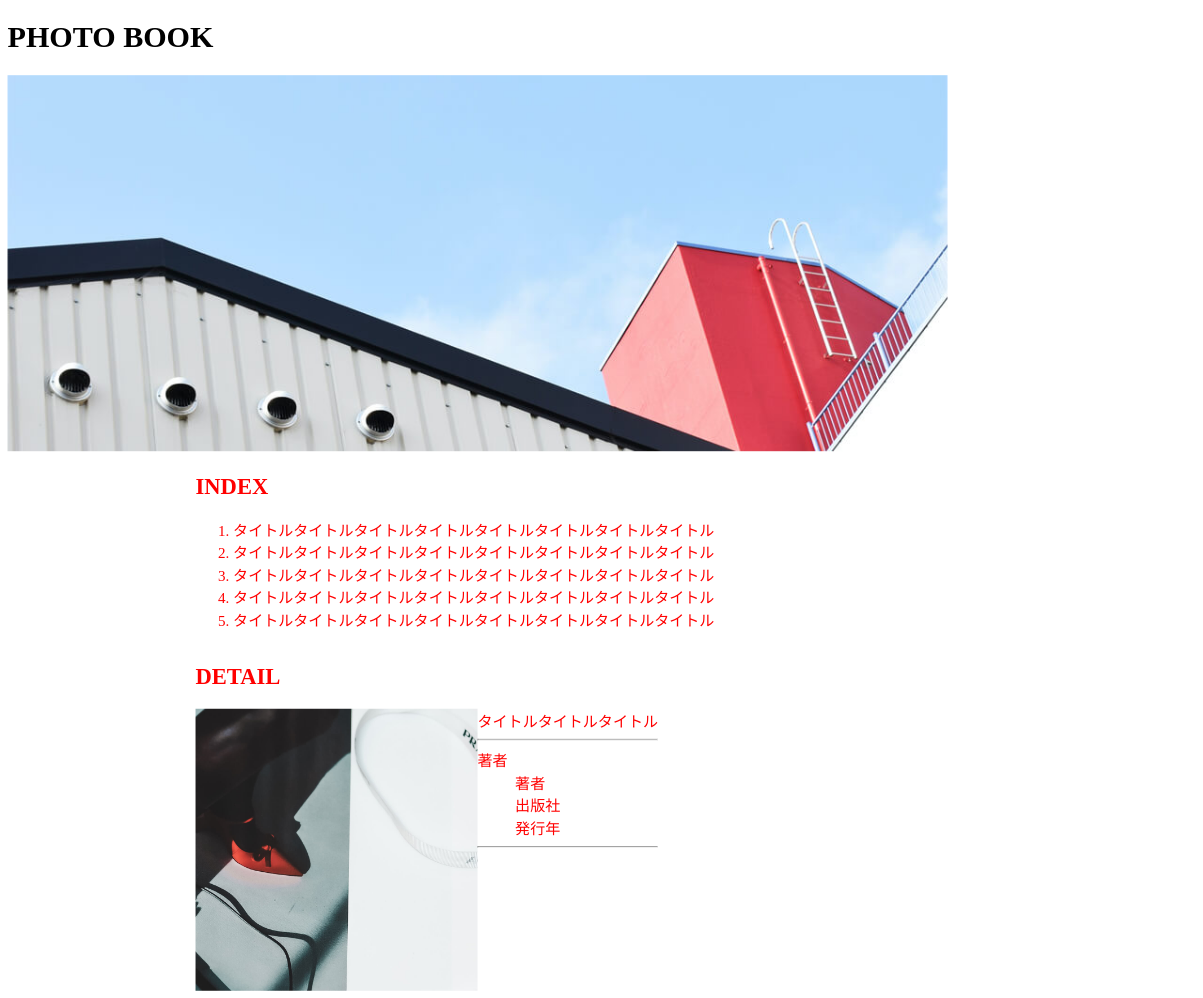
Repository: daytime/LP-study
Page: photo_book/index.html
An editor plug-in stored every save of this project. The page is shown before and after the next save, followed by the edit.
The browser window is 1280 px wide. The pictures show the whole page, at 94% of full size.

Above is the page before, as saved 2025-01-29 12:20:28.

After the next save:
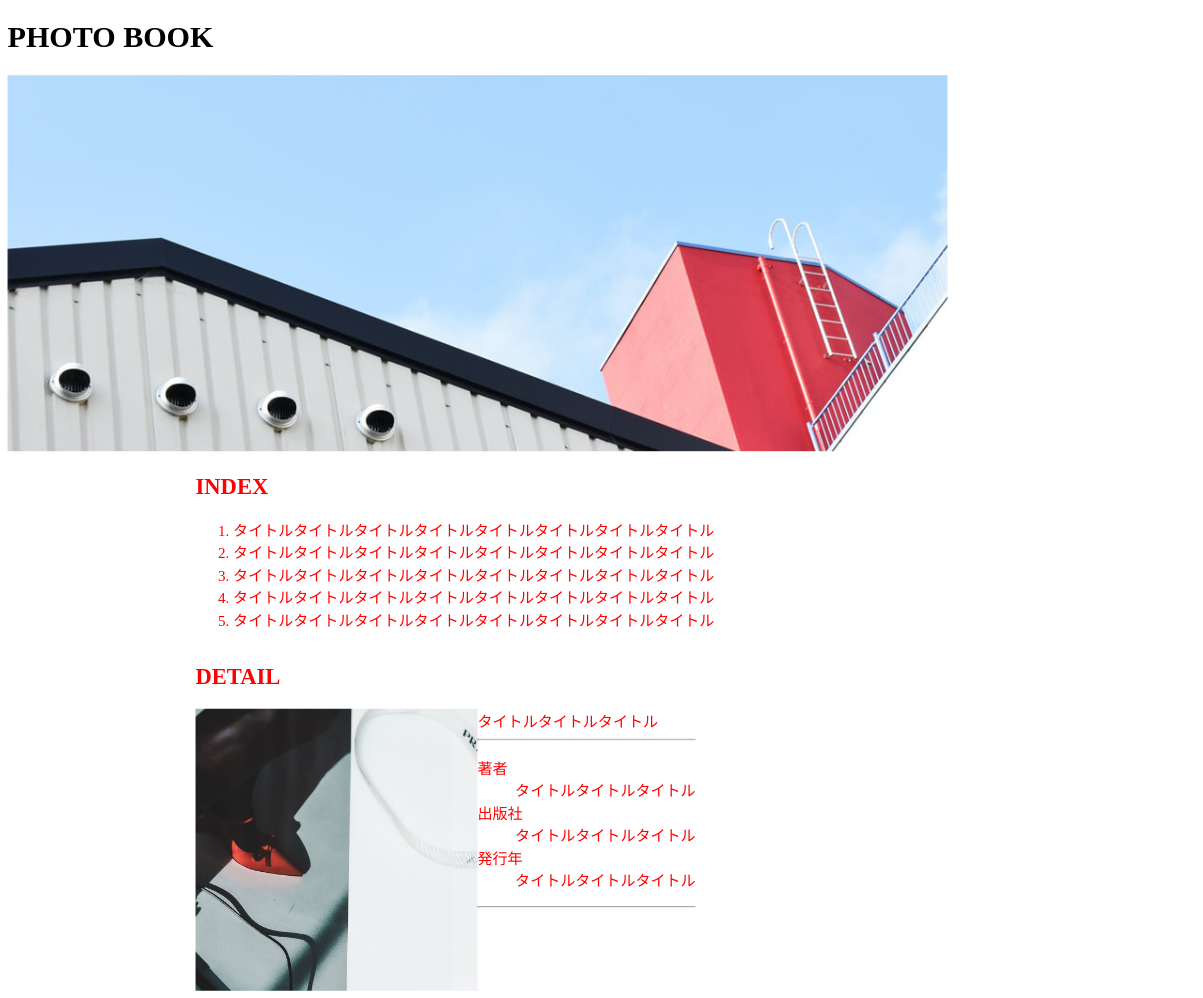
Saved 3 min 8 s later.
--- a/photo_book/index.html
+++ b/photo_book/index.html
@@ -45,11 +45,11 @@
               <div>
                 タイトルタイトルタイトル
                 <hr />
-                <!-- <dt> -->
-                  <dt>著者<dd>著者</dd></dt>
-                    <dd>出版社</dd>
-                    <dd>発行年</dd>
-                  <!-- </dt> -->
+                <dl>
+                  <dt>著者</dt> <dd>タイトルタイトルタイトル</dd>
+                  <dt>出版社</dt><dd>タイトルタイトルタイトル</dd>
+                  <dt>発行年</dt><dd>タイトルタイトルタイトル</dd>
+                  </dt>
                 </dl>
                 <hr />
               </div>
